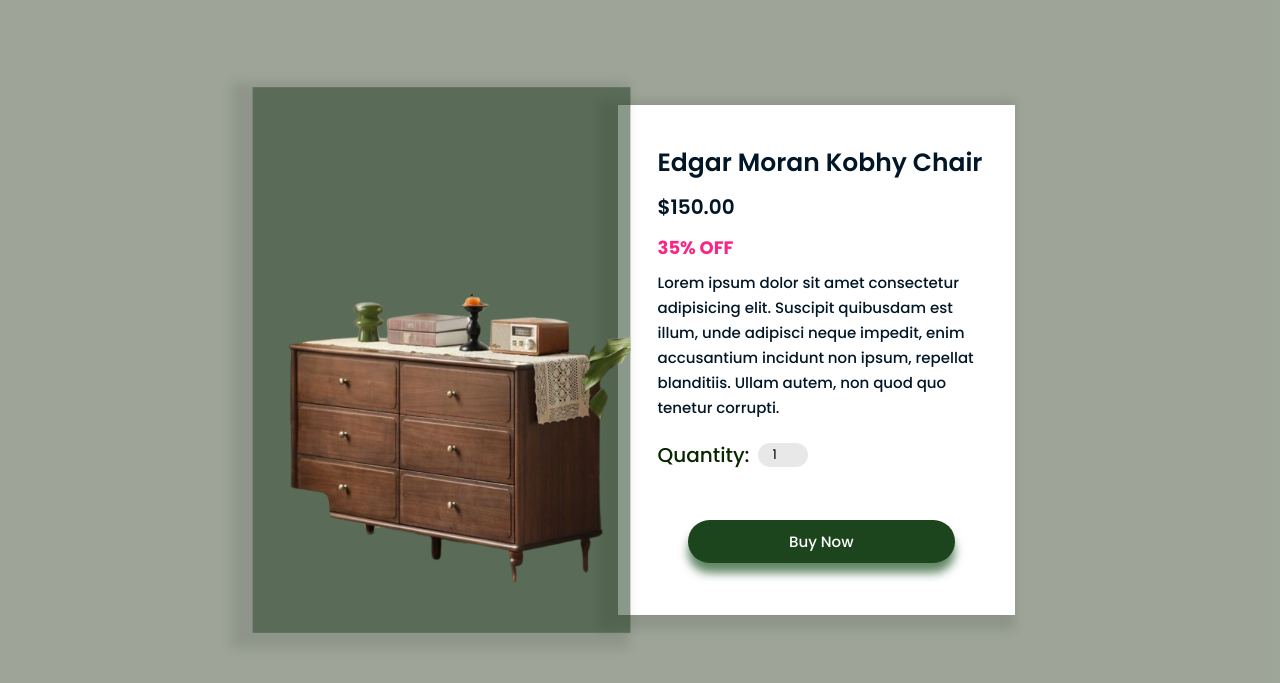
Repository: doua184/CasaLux
Page: single3.html
These files come from the project's save history. The page is drawn as it stood at one moment and after the next save; the edit follows.
The browser window is 1280 px wide. The pictures show the whole page.

Above is the page before, as saved 2025-04-05 19:47:20.

### single3.html
<!DOCTYPE html>
<html lang="en">
<head>
    <meta charset="UTF-8">
    <meta http-equiv="X-UA-Compatible" content="IE=edge">
    <meta name="viewport" content="width=device-width, initial-scale=1.0">
    <title>Single Product Page Design</title>
    <link rel="stylesheet" href="single.css">
</head>
<body>
    <section class="main-wrap">
        <div class="product">
            <div class="image-gallery">
                <img src="product-3.png" id="productImg" alt="">

            </div>
            <div class="product-details">
                <div class="details">
                    <h2>Edgar Moran Kobhy Chair</h2>
                    <h3>$150.00</h3>
                    <h4>35% OFF</h4>
                    <p>Lorem ipsum dolor sit amet consectetur adipisicing elit. Suscipit quibusdam est illum, unde adipisci neque impedit, enim accusantium incidunt non ipsum, repellat blanditiis. Ullam autem, non quod quo tenetur corrupti.</p>
                </div>


                <div class="quantity">
                    <div class="select-quantity">
                        <h3>Quantity:</h3>
                        <input type="number" name="quantity" value="1">
                    </div>
                </div>
                <div class="sub-btn">
                    <button class="submit">Buy Now</button>
                </div>
            </div>
        </div>

    </section>


</body>
</html>

### single.css
@import url('https://fonts.googleapis.com/css2?family=Poppins:ital,wght@0,100;0,200;0,300;0,400;0,500;0,600;0,700;0,800;0,900;1,100;1,200;1,300;1,400;1,500;1,600;1,700;1,800;1,900&display=swap');
*{
    margin: 0;
    padding: 0;
    box-sizing: border-box;
    font-family: 'Poppins', sans-serif;
}
.main-wrap{
    width: 100%;
    height: 100vh;
    display: flex;
    justify-content: center;
    align-items: center;
    background: #404d3581;
}
.main-wrap .product{
    width: 90%;
    max-width: 750px;
    display: flex;
}
.main-wrap .product .image-gallery{
    flex-basis: 47%;
    background: #18351880;
    box-shadow: -10px 5px 10px 10px rgba(0, 0, 0, 0.1);
    transform: scale(1.07);
    position: relative;
}

.main-wrap .product .image-gallery img{
    width: 100%;
    padding-top: 150px;
}
.main-wrap .product .image-gallery .controls{
    position: absolute;
    bottom: 40px;
    right: 20px;
}
.main-wrap .product .image-gallery .controls .btn{
    width: 10px;
    height: 10px;
    border-radius: 50%;
    background: rgba( 255, 255, 255, 0.5 );
    display: block;
    margin-bottom: 10px;
    cursor: pointer;
}
.main-wrap .product .image-gallery .controls .btn.active{
    background: #00b4d8;
}
.main-wrap .product .product-details{
    flex-basis: 53%;
    background: #fff;
    box-shadow: -10px 5px 10px 10px rgba(0, 0, 0, 0.1);
    padding: 40px 30px 40px 40px;
}
.main-wrap .product .product-details .details{
    margin-bottom: 20px;
}
.main-wrap .product .product-details .details h2{
    font-size: 25px;
    font-weight: 600;
    line-height: 35px;
    text-transform: capitalize;
    margin-bottom: 10px;
    color: #011627;
}
.main-wrap .product .product-details .details h3{
    font-size: 20px;
    font-weight: 600;
    line-height: 35px;
    margin-bottom: 10px;
    color: #011627;
}
.main-wrap .product .product-details .details h4{
    font-size: 18px;
    font-weight: 700;
    line-height: 25px;
    text-transform: uppercase;
    color: #f72585;
    margin-bottom: 10px;
}
.main-wrap .product .product-details .details p{
    font-size: 15px;
    font-weight: 500;
    line-height: 25px;
    color: #011627;
}
.main-wrap .product .product-details .sizes{
    margin-bottom: 20px;
}
.main-wrap .product .product-details .sizes .form .select-size{
    display: flex;
    align-items: center;
}
.main-wrap .product .product-details .sizes .form .select-size h3{
    width: 70px;
    margin-right: 30px;
    font-size: 20px;
    font-weight: 500;
    color: #011627;
}
.main-wrap .product .product-details .sizes .form .select-size label{
    display: flex;
    align-items: center;
}
.main-wrap .product .product-details .sizes .form .select-size label input{
    display: none;
}
.main-wrap .product .product-details .sizes .form .select-size label span{
    font-size: 18px;
    font-weight: 400;
    line-height: 25px;
    text-transform: uppercase;
    color: #011627;
    display: inline-block;
    margin-right: 10px;
    cursor: pointer;
}
.main-wrap .product .product-details .sizes .form .select-size label input:checked + span{
    font-weight: 600;
    color: #00b4d8;
}
.main-wrap .product .product-details .colors{
    margin-bottom: 20px;
}
.main-wrap .product .product-details .colors .form .select-color{
    display: flex;
    align-items: center;
}
.main-wrap .product .product-details .colors .form .select-color h3{
    width: 70px;
    margin-right: 30px;
    font-size: 20px;
    font-weight: 500;
    color: #011627;
}
.main-wrap .product .product-details .colors .form .select-color label{
    display: flex;
    align-items: center;
}
.main-wrap .product .product-details .colors .form .select-color input{
    display: none;
}
.main-wrap .product .product-details .colors .form .select-color span{
    display: inline-block;
    width: 15px;
    height: 15px;
    border-radius: 50%;
    margin-right: 10px;
    cursor: pointer;
}
.main-wrap .product .product-details .colors .form .select-color .color-1{
    background: #d90429;
}
.main-wrap .product .product-details .colors .form .select-color .color-2{
    background: #38b000;
}
.main-wrap .product .product-details .colors .form .select-color .color-3{
    background: #0081a7;
}
.main-wrap .product .product-details .colors .form .select-color .color-4{
    background: #ffd100;
}
.main-wrap .product .product-details .colors .form .select-color label input:checked + span{
    transform: scale(.7);
    box-shadow: 0 0 0 4px #fff, 0 0 0 6px #011627;
}
.main-wrap .product .product-details .quantity{
    margin-bottom: 50px;
}
.main-wrap .product .product-details .quantity .select-quantity{
    display: flex;
    align-items: center;
}
.main-wrap .product .product-details .quantity .select-quantity h3{
    width: 70px;
    margin-right: 30px;
    font-size: 20px;
    font-weight: 500;
    color: #072701;
}
.main-wrap .product .product-details .quantity .select-quantity input{
    background: #e8e8e8;
    border: 0;
    outline: 0;
    padding: 2px 2px 2px 15px;
    border-radius: 12px;
    width: 50px;
}
.main-wrap .product .product-details .sub-btn{
    padding: 0 30px;
}
.main-wrap .product .product-details .sub-btn .submit{
    width: 100%;
    padding: 10px;
    border: 0;
    outline: 0;
    background: #1c451d;
    color: #fff;
    font-size: 15px;
    font-weight: 500;
    border-radius: 30px;
    box-shadow: 0 10px 10px rgba(24, 78, 28, 0.678);
    cursor: pointer;
    transition: .4s linear;
    position: relative;
    overflow: hidden;
}
.main-wrap .product .product-details .sub-btn .submit:hover{
    background: #475745;
}
.main-wrap .product .product-details .sub-btn .submit::before{
    content: '';
    position: absolute;
    left: -100%;
    width: 100%;
    height: 100%;
    background: rgba( 255, 255, 255, 0.1 );
    transform: rotate(-45deg);
}
.main-wrap .product .product-details .sub-btn .submit:hover::before{
    animation: light .4s linear forwards;
}
@keyframes light{
    0%{
        left: -100%;
    }
    100%{
        left: 100%;
    }
}

After the next save:
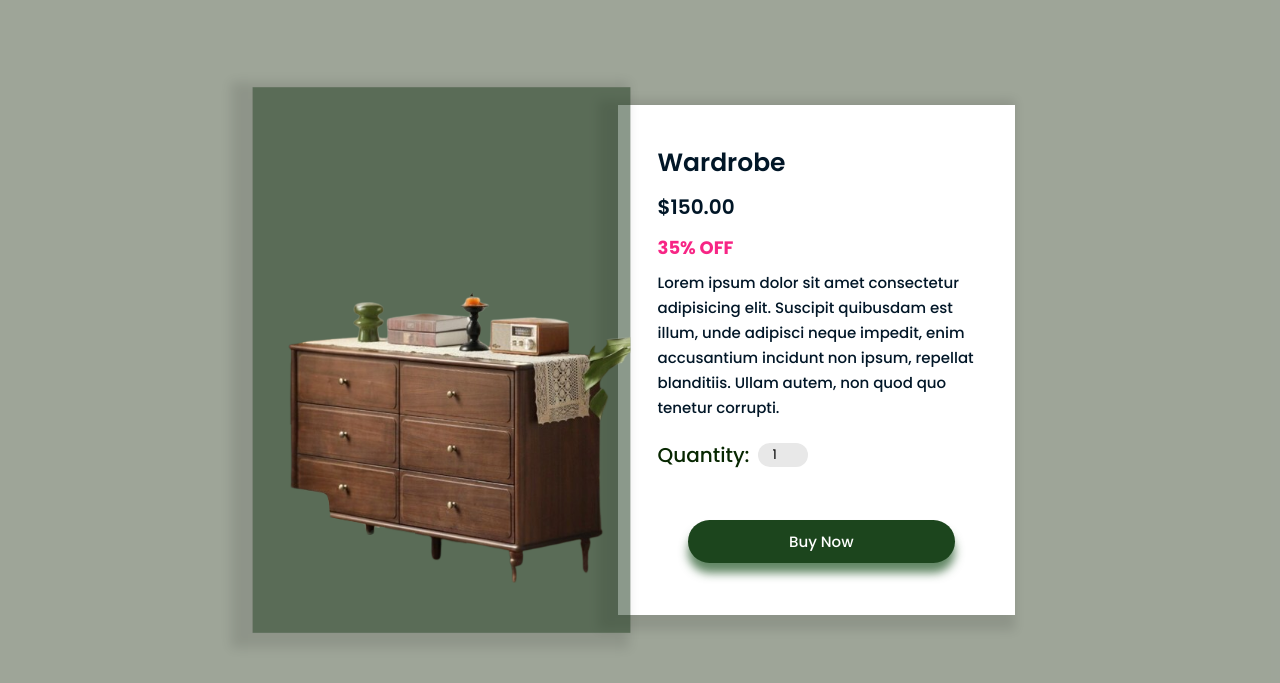
Saved 3 min 2 s later.
--- a/single3.html
+++ b/single3.html
@@ -16,7 +16,7 @@
             </div>
             <div class="product-details">
                 <div class="details">
-                    <h2>Edgar Moran Kobhy Chair</h2>
+                    <h2>wardrobe</h2>
                     <h3>$150.00</h3>
                     <h4>35% OFF</h4>
                     <p>Lorem ipsum dolor sit amet consectetur adipisicing elit. Suscipit quibusdam est illum, unde adipisci neque impedit, enim accusantium incidunt non ipsum, repellat blanditiis. Ullam autem, non quod quo tenetur corrupti.</p>
